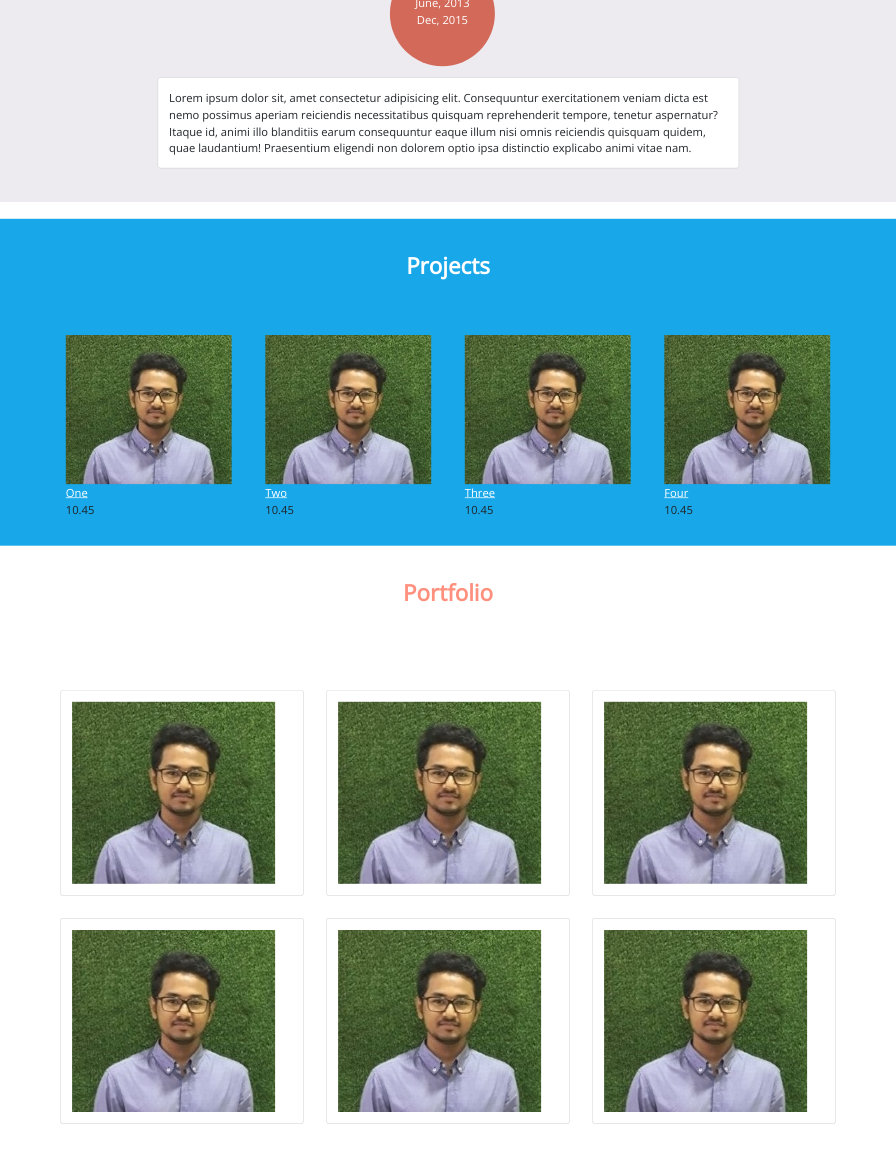
Repository: emowzz/emowzz.github.io
Page: index.html
An editor plug-in stored every save of this project. The page is shown before and after the next save, followed by the edit.
The browser window is 1280 px wide. The pictures show the part of the page from y = 1911 to 3831 px (the page is 3581 px tall before and 3831 px after), at 70% of full size.
Some web libraries are served in a nearby version.

Above is the page before, as saved 2021-03-17 23:48:26.

### index.html
<!doctype html>
<html lang="en">

<head>
  <!-- Required meta tags -->
  <meta charset="utf-8">
  <meta name="viewport" content="width=device-width, initial-scale=1">
  <link rel="shortcut icon" type="image/png" href="./Image/myImgZoom.jpg">
  <!-- Bootstrap CSS -->
  <link href="https://cdn.jsdelivr.net/npm/bootstrap@5.0.0-beta2/dist/css/bootstrap.min.css" rel="stylesheet"
    integrity="sha384-BmbxuPwQa2lc/FVzBcNJ7UAyJxM6wuqIj61tLrc4wSX0szH/Ev+nYRRuWlolflfl" crossorigin="anonymous">
  <link rel="preconnect" href="https://fonts.gstatic.com">
  <link href="https://fonts.googleapis.com/css2?family=Open+Sans:wght@300&display=swap" rel="stylesheet">
  <link rel="stylesheet" href="./CSS/style.css">


  <title>Hi There, I'm Fahim Foysal Emon!</title>

  <script src="https://kit.fontawesome.com/a076d05399.js" crossorigin="anonymous"></script>
</head>

<body>

  <!-- this is banner section -->
  <section class="banner-container container-fluid">
    <div class="row vh-100">
      <div class="col-md-9 banner-column m-auto text-center text-white p-4 border border-light">
        <h1 class="display:4 fw-bolder">Fahim Foysal Emon</h1>
        <h3>Software Developer</h3>
      </div>
    </div>
  </section>

  <!-- this is nav-bar section -->
  <nav class="navbar navbar-expand-lg navbar-dark navbar-container">
    <div class="container-fluid">
      <button class="navbar-toggler" type="button" data-bs-toggle="collapse" data-bs-target="#navbarSupportedContent"
        aria-controls="navbarSupportedContent" aria-expanded="false" aria-label="Toggle navigation">
        <span class="navbar-toggler-icon"></span>
      </button>
      <div class="collapse navbar-collapse" id="navbarSupportedContent">
        <ul class="navbar-nav m-auto mb-2 mb-lg-0">
          <li class="nav-item">
            <a class="nav-link active" aria-current="page" href="#About">ABOUT</a>
          </li>
          <li class="nav-item">
            <a class="nav-link" href="#Education">EDUCATION</a>
          </li>
          <li class="nav-item">
            <a class="nav-link" href="#Project">PROJECT</a>
          </li>
          <li class="nav-item">
            <a class="nav-link" href="#Portfolio">PORTFOLIO</a>
          </li>
          <li class="nav-item">
            <a class="nav-link" href="#Gallery">GALLERY</a>
          </li>
          <li class="nav-item">
            <a class="nav-link" href="#Contact">CONTACT</a>
          </li>
        </ul>
      </div>
    </div>
  </nav>

  <!-- this is about section -->
  <div class="about-container" id="About">
    <div class="container">
      <div class="row align-items-center justify-content-center">
        <div class="col-md-9 py-5 text-white">
          <h3>Fahim Foysal Emon</h3>
          <p>Software Developer</p>
          <p>Lorem ipsum dolor, sit amet consectetur adipisicing elit. Qui a architecto tempore blanditiis, aperiam
            eius, id optio fugit odit quis reiciendis ad expedita consequatur dolores repellendus asperiores illum
            assumenda molestias distinctio dicta suscipit mollitia doloribus eum voluptates. Quisquam molestiae eius
            numquam quidem iusto asperiores dolorem minima minus accusantium, accusamus doloribus.</p>
          <p>Lorem ipsum dolor sit, amet consectetur adipisicing elit. Sint quidem accusamus dolor sed voluptas
            distinctio eos? Tempore sed omnis mollitia asperiores quos quidem hic porro consectetur? Numquam in ipsa
            commodi inventore nostrum asperiores consequuntur! Nemo molestiae necessitatibus suscipit doloribus eius!
          </p>
          <p>
            Lorem ipsum dolor sit amet consectetur adipisicing elit. Nisi suscipit dignissimos tempore culpa soluta,
            assumenda voluptas dolores quam nobis? Sed ad dolores itaque eveniet nulla autem quos et. Animi, laudantium?
          </p>
        </div>

        <div class="col-md-3 mb-4">
          <img src="/Image/myImg.png" alt="" class="img-fluid border rounded-circle border-light">
        </div>
      </div>
    </div>
  </div>

  <!-- this is education section -->
  <div class="education-container" id="Education">
    <div class="container">
      <div class="row text-center">
        <div class="col py-5">
          <h2 class="bg-redType-color fw-bolder">
            Education
          </h2>
        </div>
      </div>

      <div class="row my-4 py-5 align-items-center justify-content-center">
        <div class="col-md-2 pd-3 mx-5">
          <div class="circle text-center text-white">
            <p class="py-5">
              June, 2013 <br>
              Dec, 2015
            </p>
          </div>
        </div>

        <div class="col-md-9">
          <div class="card">
            <div class="card-body">
              Lorem ipsum dolor sit, amet consectetur adipisicing elit. Consequuntur exercitationem veniam dicta est
              nemo possimus aperiam reiciendis necessitatibus quisquam reprehenderit tempore, tenetur aspernatur? Itaque
              id, animi illo blanditiis earum consequuntur eaque illum nisi omnis reiciendis quisquam quidem, quae
              laudantium! Praesentium eligendi non dolorem optio ipsa distinctio explicabo animi vitae nam.
            </div>
          </div>
        </div>

      </div>

      <div class="row my-4 py-5 align-items-center justify-content-center">
        <div class="col-md-2 pb-3 mx-5">
          <div class="circle text-center text-white">
            <p class="py-5">
              June, 2013 <br>
              Dec, 2015
            </p>
          </div>
        </div>

        <div class="col-md-9">
          <div class="card">
            <div class="card-body">
              Lorem ipsum dolor sit, amet consectetur adipisicing elit. Consequuntur exercitationem veniam dicta est
              nemo possimus aperiam reiciendis necessitatibus quisquam reprehenderit tempore, tenetur aspernatur? Itaque
              id, animi illo blanditiis earum consequuntur eaque illum nisi omnis reiciendis quisquam quidem, quae
              laudantium! Praesentium eligendi non dolorem optio ipsa distinctio explicabo animi vitae nam.
            </div>
          </div>
        </div>

      </div>
    </div>
  </div>

  <!-- this is project section -->

  <div class="project-container" id="Project">
    <div class="container">
      <div class="row text-center">
        <div class="col py-5">
          <h2 class="text-white fw-bolder">
            Projects
          </h2>
        </div>
      </div>
      <div class="row">
        <div class="col-md-3 p-4">
          <img src="./Image/myImgZoom.jpg" alt="" class="img-fluid">
          <a href="" class="text-white">One</a>
          <p>10.45</p>
        </div>
        <div class="col-md-3 p-4">
          <img src="./Image/myImgZoom.jpg" alt="" class="img-fluid">
          <a href="" class="text-white">Two</a>
          <p>10.45</p>
        </div>
        <div class="col-md-3 p-4">
          <img src="./Image/myImgZoom.jpg" alt="" class="img-fluid">
          <a href="" class="text-white">Three</a>
          <p>10.45</p>
        </div>
        <div class="col-md-3 p-4">
          <img src="./Image/myImgZoom.jpg" alt="" class="img-fluid">
          <a href="" class="text-white">Four</a>
          <p>10.45</p>
        </div>
        </div>
      </div>
    </div>


    <!-- This is portfolio section -->

    <div class="portfolio-container">
      <div class="container">
        <div class="row text-center py-5">
          <div class="col">
            <h2 class="fw-bolder bg-redType-color">
              Portfolio
            </h2>
          </div>
        </div>

        <div class="row py-5">

          <div class="col-md-4 p-3">
            <div class="card">
              <div class="card-body">
                <img src="./Image/myImgZoom.jpg" alt="" class="img-fluid">
              </div>
            </div>
          </div>

          <div class="col-md-4 p-3">
            <div class="card">
              <div class="card-body">
                <img src="./Image/myImgZoom.jpg" alt="" class="img-fluid">
              </div>
            </div>
          </div>

          <div class="col-md-4 p-3">
            <div class="card">
              <div class="card-body">
                <img src="./Image/myImgZoom.jpg" alt="" class="img-fluid">
              </div>
            </div>
          </div>

          <div class="col-md-4 p-3">
            <div class="card">
              <div class="card-body">
                <img src="./Image/myImgZoom.jpg" alt="" class="img-fluid">
              </div>
            </div>
          </div>

          <div class="col-md-4 p-3">
            <div class="card">
              <div class="card-body">
                <img src="./Image/myImgZoom.jpg" alt="" class="img-fluid">
              </div>
            </div>
          </div>

          <div class="col-md-4 p-3">
            <div class="card">
              <div class="card-body">
                <img src="./Image/myImgZoom.jpg" alt="" class="img-fluid">
              </div>
            </div>
          </div>


        </div>

      </div>

    </div>

  <!-- Optional JavaScript; choose one of the two! -->

  <!-- Option 1: Bootstrap Bundle with Popper -->
  <script src="https://cdn.jsdelivr.net/npm/bootstrap@5.0.0-beta2/dist/js/bootstrap.bundle.min.js"
    integrity="sha384-b5kHyXgcpbZJO/tY9Ul7kGkf1S0CWuKcCD38l8YkeH8z8QjE0GmW1gYU5S9FOnJ0"
    crossorigin="anonymous"></script>

  <!-- Option 2: Separate Popper and Bootstrap JS -->
  <!--
    <script src="https://cdn.jsdelivr.net/npm/@popperjs/core@2.6.0/dist/umd/popper.min.js" integrity="sha384-KsvD1yqQ1/1+IA7gi3P0tyJcT3vR+NdBTt13hSJ2lnve8agRGXTTyNaBYmCR/Nwi" crossorigin="anonymous"></script>
    <script src="https://cdn.jsdelivr.net/npm/bootstrap@5.0.0-beta2/dist/js/bootstrap.min.js" integrity="sha384-nsg8ua9HAw1y0W1btsyWgBklPnCUAFLuTMS2G72MMONqmOymq585AcH49TLBQObG" crossorigin="anonymous"></script>
    -->
</body>

</html>

### CSS/style.css
body {
    font-family: 'Open Sans', sans-serif;
}


.banner-container {
    background-color: #CACACA;
}

.banner-column {
    background-color: #868486;
}

.navbar-container {
    background-color: #102040;
}

.about-container {
    background-color: #00A9C0;
}

.education-container {
    background-color: #eeebf0;
}

.bg-redType {
    background-color: #d36959;
}

.bg-redType-color {
    color: #FF907E;
}

.circle {
    background-color: #d36959;
    width: 150px;
    height: 150px;
    border-radius: 50%;
}

.project-container {
    background-color: #18a7e9;
}

.card-img-top {
    width: 100%;
    height: 15vw;
    object-fit: cover;
}

After the next save:
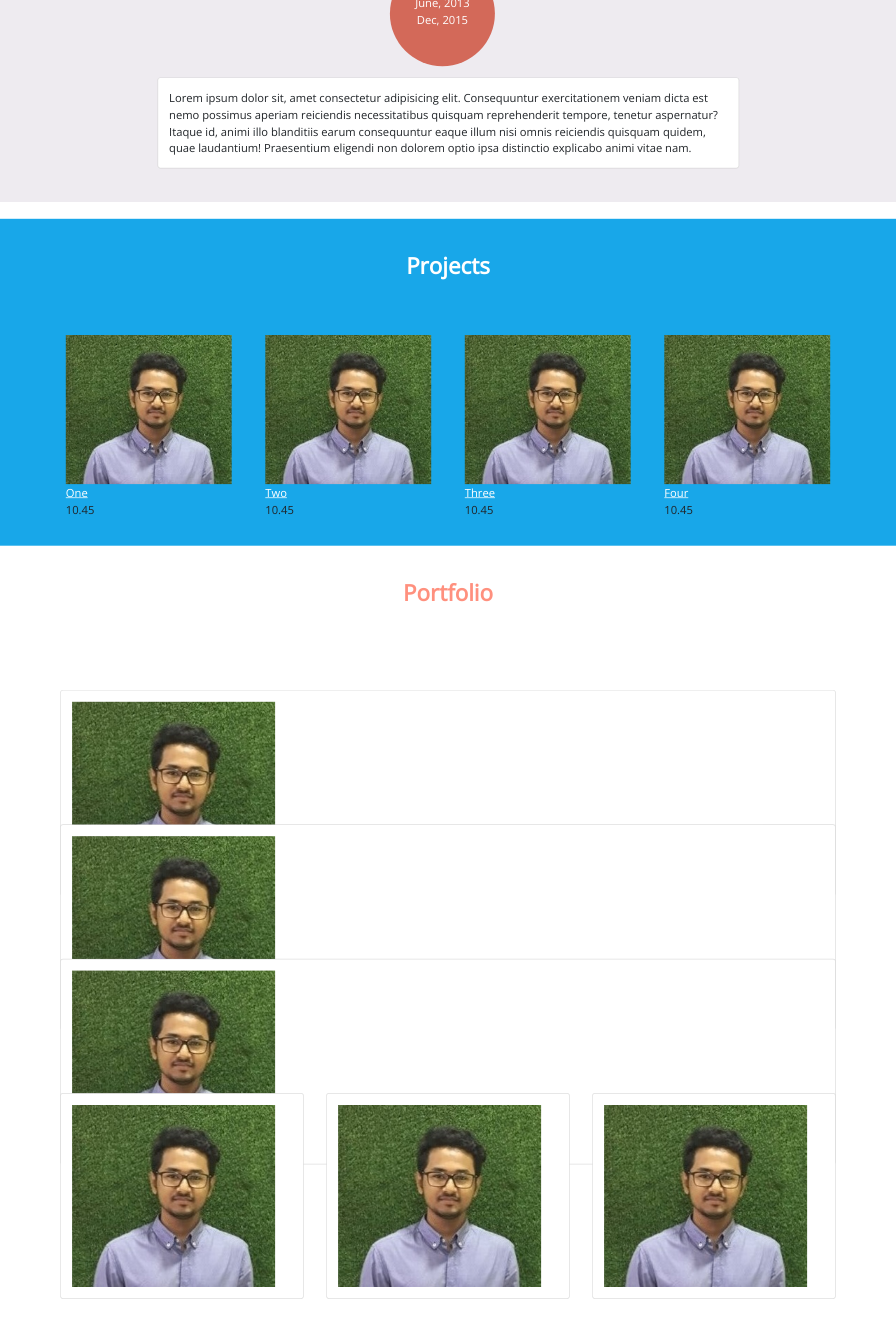
Saved 61 s later.
--- a/index.html
+++ b/index.html
@@ -201,23 +201,23 @@
 
         <div class="row py-5">
 
-          <div class="col-md-4 p-3">
-            <div class="card">
-              <div class="card-body">
-                <img src="./Image/myImgZoom.jpg" alt="" class="img-fluid">
-              </div>
-            </div>
-          </div>
-
-          <div class="col-md-4 p-3">
-            <div class="card">
-              <div class="card-body">
-                <img src="./Image/myImgZoom.jpg" alt="" class="img-fluid">
-              </div>
-            </div>
-          </div>
-
-          <div class="col-md-4 p-3">
+          <div class="col-md-4 p-3 card-img-top">
+            <div class="card">
+              <div class="card-body">
+                <img src="./Image/myImgZoom.jpg" alt="" class="img-fluid">
+              </div>
+            </div>
+          </div>
+
+          <div class="col-md-4 p-3 card-img-top">
+            <div class="card">
+              <div class="card-body">
+                <img src="./Image/myImgZoom.jpg" alt="" class="img-fluid">
+              </div>
+            </div>
+          </div>
+
+          <div class="col-md-4 p-3 card-img-top">
             <div class="card">
               <div class="card-body">
                 <img src="./Image/myImgZoom.jpg" alt="" class="img-fluid">

After the save that followed:
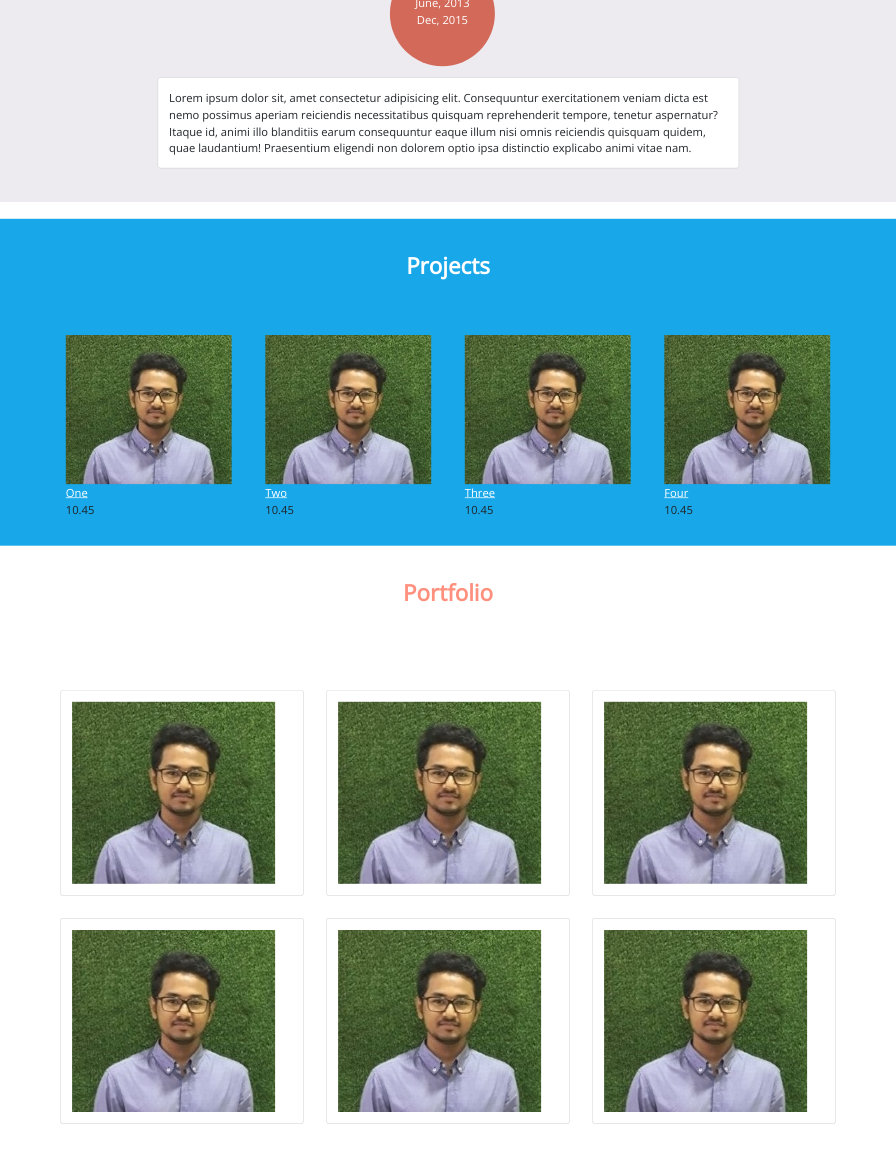
Saved 9 s later.
--- a/index.html
+++ b/index.html
@@ -201,23 +201,23 @@
 
         <div class="row py-5">
 
-          <div class="col-md-4 p-3 card-img-top">
-            <div class="card">
-              <div class="card-body">
-                <img src="./Image/myImgZoom.jpg" alt="" class="img-fluid">
-              </div>
-            </div>
-          </div>
-
-          <div class="col-md-4 p-3 card-img-top">
-            <div class="card">
-              <div class="card-body">
-                <img src="./Image/myImgZoom.jpg" alt="" class="img-fluid">
-              </div>
-            </div>
-          </div>
-
-          <div class="col-md-4 p-3 card-img-top">
+          <div class="col-md-4 p-3">
+            <div class="card">
+              <div class="card-body">
+                <img src="./Image/myImgZoom.jpg" alt="" class="img-fluid">
+              </div>
+            </div>
+          </div>
+
+          <div class="col-md-4 p-3">
+            <div class="card">
+              <div class="card-body">
+                <img src="./Image/myImgZoom.jpg" alt="" class="img-fluid">
+              </div>
+            </div>
+          </div>
+
+          <div class="col-md-4 p-3">
             <div class="card">
               <div class="card-body">
                 <img src="./Image/myImgZoom.jpg" alt="" class="img-fluid">
